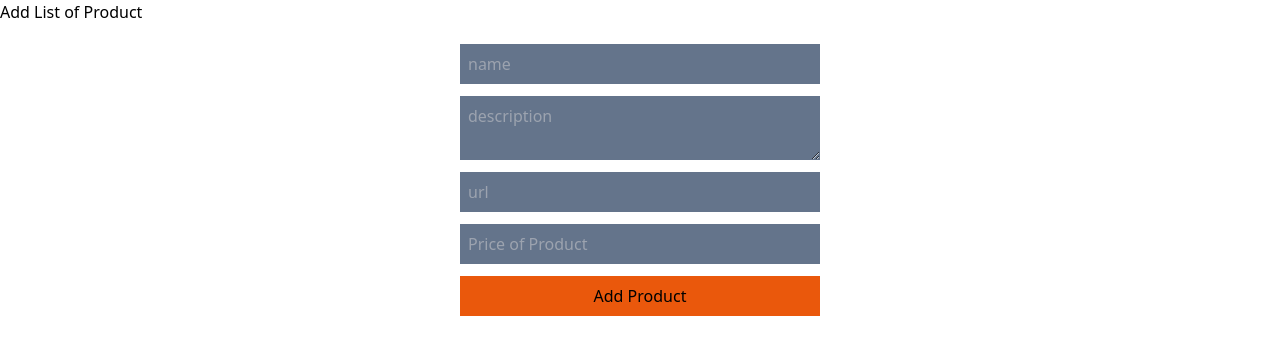
Repository: Semanmernstack/nextjs-openai-chatbot
Page: /add-product
These files come from the project's save history. The page is drawn as it stood at one moment and after the next save; the edit follows.
The browser window is 1280 px wide. The pictures show the whole page.
The project was rebuilt for these pictures with package versions that can differ from the ones it lists, and the page was loaded fresh each time. The framework's server and built-in components were replaced by stand-ins that run in the browser. Also part of the build but not shown: next.config.js.

Above is the page before, as saved 2023-07-20 01:50:00.

After the next save:
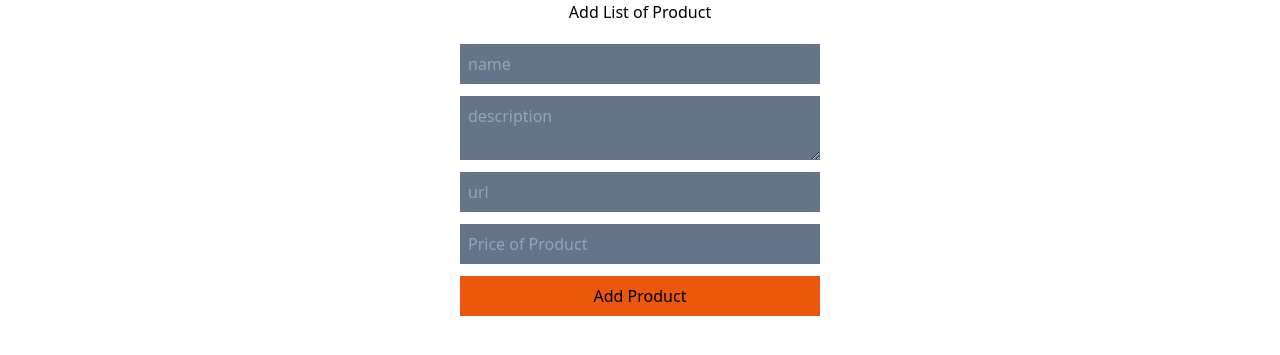
Saved 2 min 0 s later.
--- a/app/add-product/page.tsx
+++ b/app/add-product/page.tsx
@@ -3,8 +3,8 @@ import React from 'react'
 function page() {
   return (
     <div className="flex flex-col">
-        <h1 className="items-center justify-center">Add List of Product</h1>
-        <form className="flex flex-col max-w-2xl mx-auto min-w-[400px] p-5 gap-3"  action="">
+        <h1 className="items-center justify-center flex">Add List of Product</h1>
+        <form className="flex flex-col max-w-2xl md:max-w-full mx-auto min-w-[400px] p-5 gap-3"  action="">
             <input type="text"
                 required
                 name="name"
@@ -32,7 +32,7 @@ function page() {
                 className="w-full p-2 hover:bg-gray-300 outline-none border-none bg-slate-500"
 
                />
-               <button className="w-full p-2  bg-orange-600">Add Product</button>
+               <button className="w-full p-2  hover:bg-gray-300  bg-orange-600">Add Product</button>
 
         </form>
 
